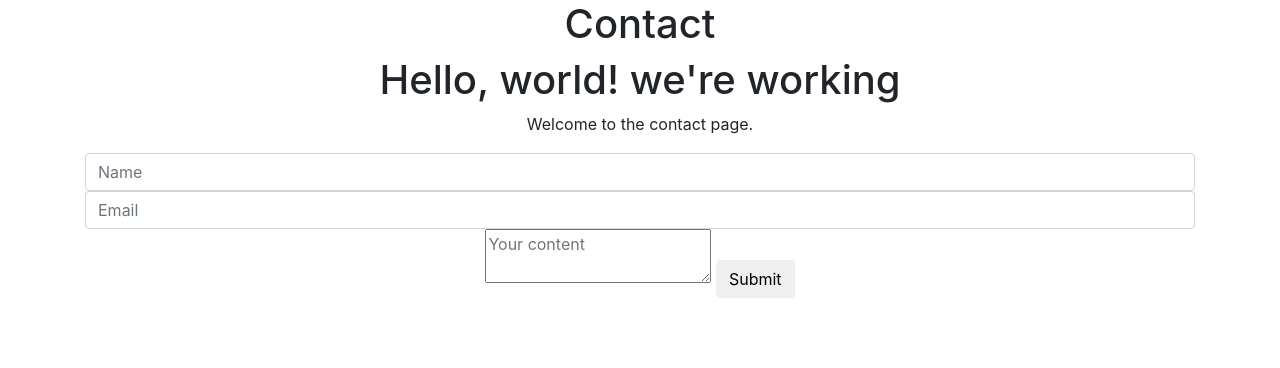
Repository: mjmaix/django101
Page: http://localhost/contact/
The author's editor kept a copy of each file at every save. The page is drawn from the files as they stood at one save, then again after the next save.
The browser window is 1280 px wide. The pictures show the whole page.
Some web libraries are served in a nearby version. The page is served by the project's application, run on Django 2.2 (ecommerce/src/manage.py).

Above is the page before, as saved 2018-03-31 22:51:33.

After the next save:
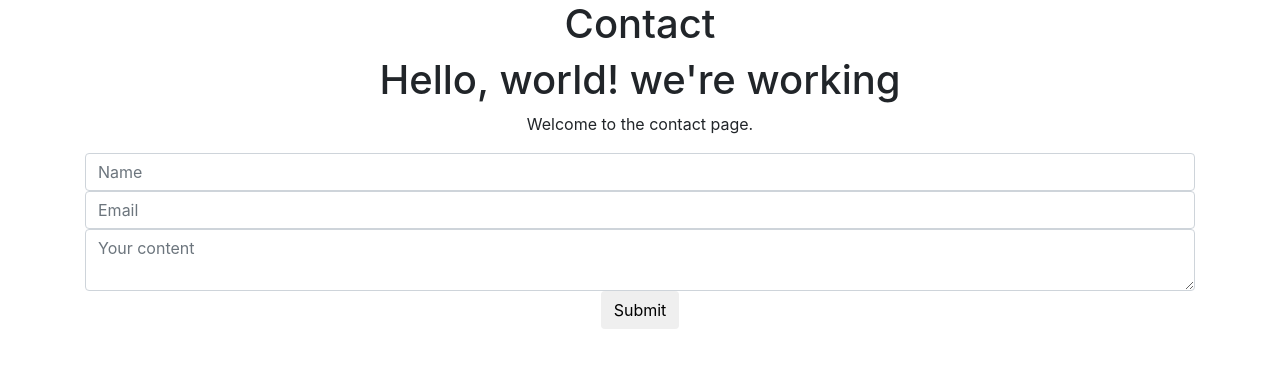
Saved 24 s later.
--- a/ecommerce/src/templates/contact/view.html
+++ b/ecommerce/src/templates/contact/view.html
@@ -27,7 +27,7 @@
           <form method='POST'> {% csrf_token %}
             <input class='form-control' type='text' placeholder="Name" name='full_name' />
             <input class='form-control' type='email' placeholder="Email" name='email' />
-            <textarea name='content' placeholder="Your content"></textarea>
+            <textarea class='form-control' name='content' placeholder="Your content"></textarea>
             <button class='btn btn-default' type='submit'>Submit</button>
           </form>
         </div>
